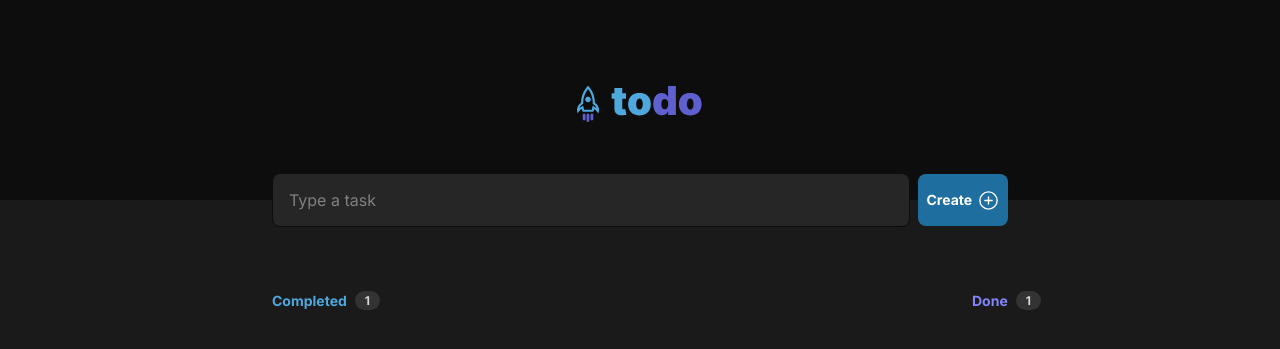
Repository: JoseGu1llardi/to-do-list-D01
Page: /
An editor plug-in stored every save of this project. The page is shown before and after the next save, followed by the edit.
The browser window is 1280 px wide. The pictures show the whole page.
The project was rebuilt for these pictures with package versions that can differ from the ones it lists, and the page was loaded fresh each time. Also part of the build but not shown: vite.config.ts.

Above is the page before, as saved 2023-03-11 18:42:02.

### index.html
<!DOCTYPE html>
<html lang="en">
  <head>
    <meta charset="UTF-8" />

    <link rel="preconnect" href="https://fonts.googleapis.com" />
    <link rel="preconnect" href="https://fonts.gstatic.com" crossorigin />

    <link
      href="https://fonts.googleapis.com/css2?family=Inter:wght@400;700&display=swap"
      rel="stylesheet"
    />

    <link rel="icon" type="image/svg+xml" href="/vite.svg" />
    <meta name="viewport" content="width=device-width, initial-scale=1.0" />
    <title>Vite + React + TS</title>
  </head>
  <body>
    <div id="root"></div>
    <script type="module" src="/src/main.tsx"></script>
  </body>
</html>

### src/App.tsx
import { Header } from "./components/Header"

import styles from './App.module.css';

import "./global.css"
import { Input } from "./components/Input";
import { Button } from "./components/Button";
import { Tasks } from "./components/Tasks";

function App() {
  return (
    <>
      <Header />

      <div className={styles.newTaskContainer}>
        <Input />
        <Button />
      </div>

      <div className={styles.tasksContainer}>
        <Tasks />
      </div>
    </>
  )
}

export default App

### src/components/Header/index.tsx
import Logo from '../../assets/Logo (1).svg'

import styles from './styles.module.css';

export function Header() {
    return (
        <header className={styles.container}>
            <img src={Logo} />
        </header>
    )
}

### src/App.module.css
.newTaskContainer {
  display: flex;
  flex-direction: row;
  align-items: center;
  padding: 0px;
  gap: 8px;

  position: absolute;
  width: 46rem;
  height: 3.375rem;
  left: calc(50% - 736px / 2);
  top: 10.8125rem;
}

.tasksContainer {
  display: flex;
  flex-direction: column;
  align-items: flex-start;
  padding: 0px;
  gap: 24px;

  position: absolute;
  width: 736px;
  height: 287px;
  left: calc(50% - 736px / 2);
  top: 291px;
}

### src/global.css
:root {
  // Base
  --gray-100: #f2f2f2;
  --gray-200: #d9d9d9;
  --gray-300: #808080;
  --gray-400: #333333;
  --gray-500: #262626;
  --gray-600: #1a1a1a;
  --gray-700: #0d0d0d;

  --danger: #e25858;

  // Product
  --purple: #8284fa;
  --dark-purple: #5e60ce;
  --blue: #4ea8de;
  --dark-blue: #1e6f9f;
}

* {
  margin: 0;
  padding: 0;
  box-sizing: border-box;
}

body {
  color: #fff;
  background: var(--gray-600);

  width: 100%;
  height: 100%;
  max-height: 1024px;
  position: relative;
}

body,
input,
textarea,
button {
  font-family: "Inter", sans-serif;
  font-weight: 400;
  font-size: 1rem;
}

### src/components/Input/index.tsx
import styles from './styles.module.css';

export function Input() {
    return (
        <input
            type="text"
            className={styles.input}
            placeholder='Type a task'
        />
    )
}

### src/components/Button/index.tsx
import { PlusCircle } from '@phosphor-icons/react'

import styles from './styles.module.css';

export function Button() {
    return (
        <button className={styles.button}>
            <span>Create</span>
            <PlusCircle size={23} />
        </button>
    )
}

### src/components/Tasks/index.tsx
import styles from './styles.module.css';

export function Tasks() {
    return (
        <>
            <div className={styles.info}>

                <div className={styles.created}>
                    <span>Completed</span>
                    <div className={styles.counter}>
                        <p>1</p>
                    </div>
                </div>

                <div className={styles.done}>
                    <span>Done</span>
                    <div className={styles.counter}>
                        <p>1</p>
                    </div>
                </div>
            </div>
        </>
    )
}

### src/components/Header/styles.module.css
.container {
  position: absolute;
  height: 12.5rem;
  max-width: 100%;
  left: 0;
  right: 0;
  top: 0;

  display: flex;
  align-items: center;
  justify-content: center;

  background: var(--gray-700);
}

.container img {
  position: absolute;
  width: 7.875rem;
  height: 3rem;
}

### src/components/Input/styles.module.css
.input {
  box-sizing: border-box;

  display: flex;
  flex-direction: row;
  align-items: center;
  padding: 16px;
  gap: 8px;

  width: 638px;
  height: 54px;

  background: var(--gray-500);
  color: #fff;

  border: 1px solid var(--gray-700);
  border-radius: 8px;

  flex: none;
  order: 0;
  flex-grow: 1;
}

.input::placeholder {
  color: var(--gray-300);
}

### src/components/Button/styles.module.css
.button {
  width: 90px;
  height: 52px;

  display: flex;
  flex-direction: row;
  align-items: center;
  justify-content: center;
  gap: 16px;

  border: 0;
  border-radius: 8px;

  background: var(--dark-blue);
  color: white;
}

.button span {
  width: 34px;
  height: 20px;

  font-weight: 700;
  font-size: 14px;
  line-height: 140%;

  color: var(--gray-100);

  flex: none;
  order: 0;
  flex-grow: 0;
}

.button img {
  width: 16px;
  height: 16px;

  flex: none;
  order: 1;
  flex-grow: 0;
}

### src/components/Tasks/styles.module.css
.info {
  display: flex;
  flex-direction: row;
  justify-content: space-between;
  align-items: flex-end;
  padding: 0px;
  gap: 561px;

  width: 736px;
  height: 19px;

  flex: none;
  order: 0;
  align-self: stretch;
  flex-grow: 0;
}

.created {
  display: flex;
  flex-direction: row;
  align-items: center;
  padding: 0px;
  gap: 8px;

  width: 139px;
  height: 19px;

  flex: none;
  order: 0;
  flex-grow: 0;
}

.created span {
  font-family: "Inter";
  font-style: normal;
  font-weight: 700;
  font-size: 14px;
  line-height: 17px;

  color: var(--blue);

  flex: none;
  order: 0;
  flex-grow: 0;
}

.counter {
  display: flex;
  flex-direction: row;
  justify-content: center;
  align-items: center;
  padding: 2px 8px;
  gap: 10px;

  width: 25px;
  height: 19px;

  background: #333333;
  border-radius: 999px;

  order: 1;
  flex-grow: 0;
}

.counter p {
  font-style: normal;
  font-weight: 700;
  font-size: 12px;
  line-height: 15px;

  color: var(--gray-200);

  order: 1;
  flex-grow: 0;
}

.done {
  display: flex;
  flex-direction: row;
  align-items: center;
  padding: 0px;
  gap: 8px;

  width: 111px;
  height: 19px;
  right: -200;

  flex: none;
  order: 1;
  flex-grow: 0;
}

.done span {
  font-family: "Inter";
  font-style: normal;
  font-weight: 700;
  font-size: 14px;
  line-height: 17px;

  color: #8284fa;

  flex: none;
  order: 0;
  flex-grow: 0;
}

Loaded but not shown: src/main.tsx (common file)

After the next save:
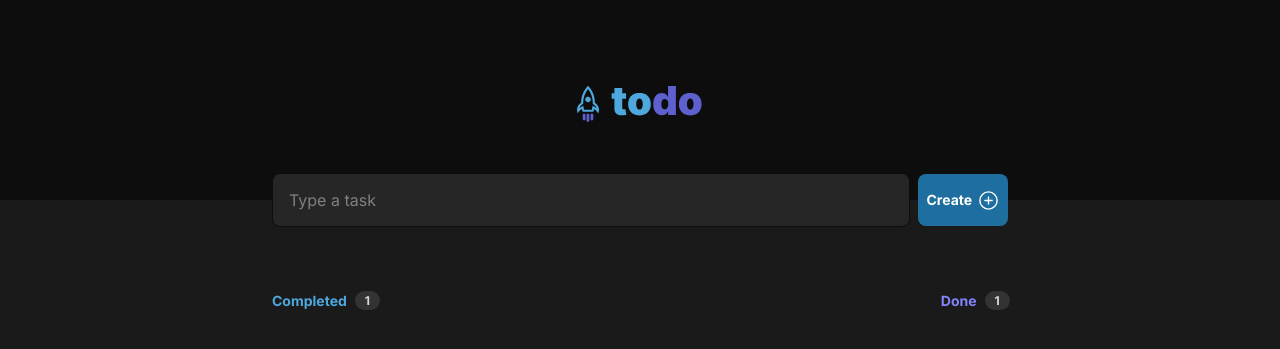
Saved 15 s later.
--- a/src/components/Tasks/styles.module.css
+++ b/src/components/Tasks/styles.module.css
@@ -25,7 +25,6 @@
   width: 139px;
   height: 19px;
 
-  flex: none;
   order: 0;
   flex-grow: 0;
 }
